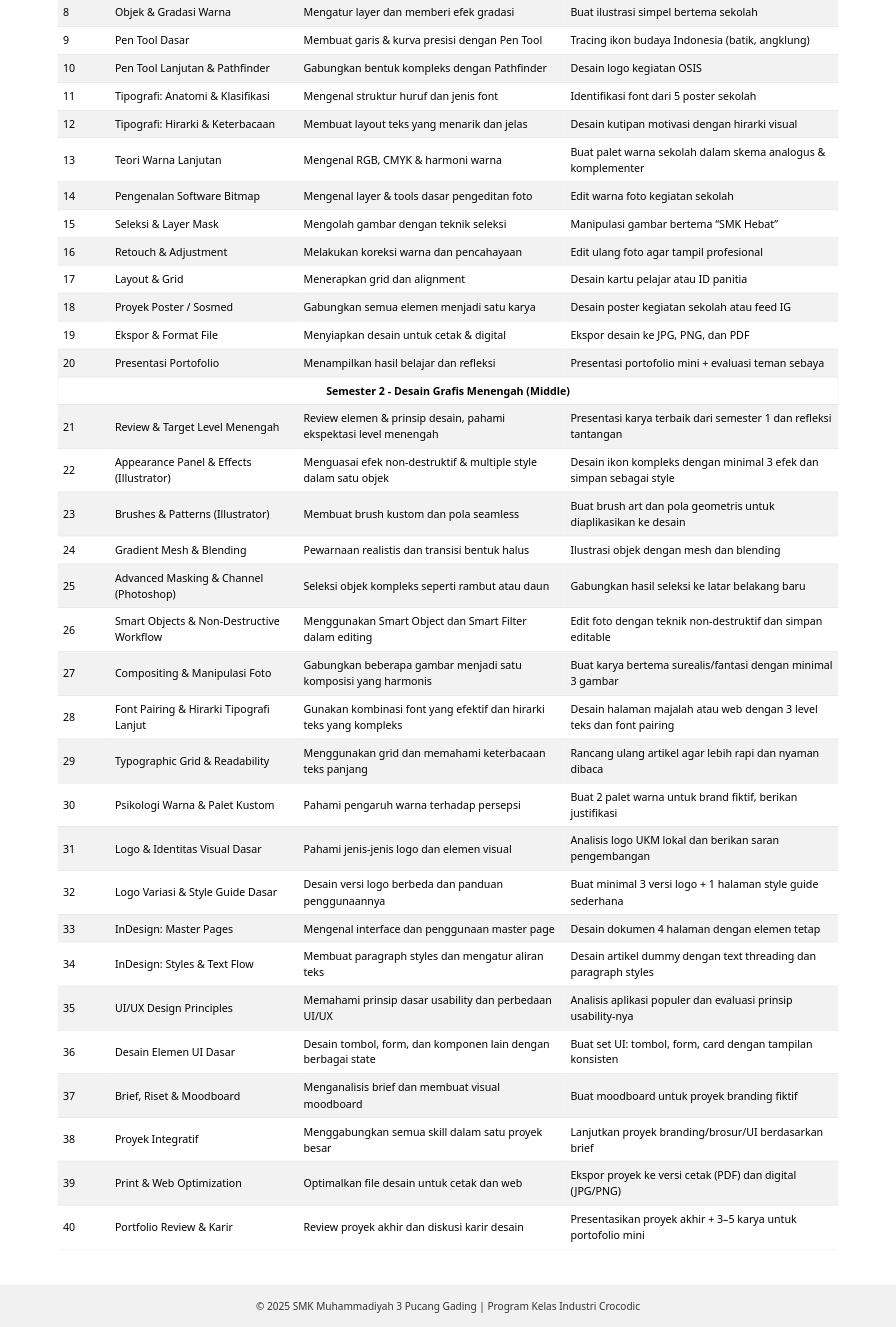
Repository: ppdbsmkmutipuga/kurikulumdesain
Page: index.html
These files come from the project's save history. The page is drawn as it stood at one moment and after a run of saves; the edit follows.
The browser window is 1280 px wide. The pictures show the part of the page from y = 963 to 2883 px (the page is 2859 px tall before and 2883 px after), at 70% of full size.

Above is the page before, as saved 2025-07-01 04:38:16.

### index.html
<!DOCTYPE html>
<html lang="id">

<head>
    <meta charset="UTF-8" />
    <meta name="viewport" content="width=device-width, initial-scale=1.0" />
    <title>Kurikulum Desain Grafis - SMK Mutipuga</title>
    <link href="https://cdn.jsdelivr.net/npm/bootstrap@5.3.3/dist/css/bootstrap.min.css" rel="stylesheet" />
    <link href="https://cdnjs.cloudflare.com/ajax/libs/aos/2.3.4/aos.css" rel="stylesheet" />
    <link href="https://cdn.jsdelivr.net/npm/bootstrap-icons@1.10.5/font/bootstrap-icons.css" rel="stylesheet">
    <link rel="stylesheet" href="style.css">
    <script src="https://cdnjs.cloudflare.com/ajax/libs/html2pdf.js/0.10.1/html2pdf.bundle.min.js"></script>

</head>

<body>
    <button class="btn btn-outline-dark mode-toggle" onclick="toggleMode()">
        <i class="bi bi-moon-stars-fill"></i>
    </button>

    <!-- Hero Section -->
    <section class="hero" data-aos="fade-down">
        <div class="container">
            <h1>Kurikulum Desain Grafis Dasar</h1>
            <p class="lead">Program Kelas Industri Crocodic (Versi SMK Mutipuga) - Semester Ganjil</p>
        </div>
    </section>

    <!-- Table Section -->
    <section class="container my-5" data-aos="fade-up">
        <h2 class="section-title">Struktur Kurikulum Mingguan</h2>
        <div class="filter-buttons">
            <button class="btn btn-outline-primary" onclick="filterSemester(1)">Semester 1</button>
            <button class="btn btn-outline-success" onclick="filterSemester(2)">Semester 2</button>
            <button class="btn btn-outline-secondary" onclick="filterSemester(0)">Tampilkan Semua</button>
        </div>
        <div class="table-container">
            <div class="table-responsive">
                <table class="table table-striped table-hover align-middle mb-0" id="kurikulumTable">
                    <thead class="table-dark">
                        <tr>
                            <th scope="col">Minggu</th>
                            <th scope="col">Materi</th>
                            <th scope="col">Tujuan Pembelajaran</th>
                            <th scope="col">Proyek / Tugas</th>
                        </tr>
                    </thead>
                    <tbody>
                        <div class="text-end my-3">
                            <button class="btn btn-danger" onclick="downloadPDF()">
                                <i class="bi bi-file-earmark-arrow-down-fill"></i> Unduh PDF
                            </button>
                        </div>
                        <!-- Data rows akan di-load lewat JS -->
                    </tbody>
                </table>
            </div>
        </div>
    </section>

    <!-- Footer -->
    <footer>
        &copy; 2025 SMK Muhammadiyah 3 Pucang Gading | Program Kelas Industri Crocodic
    </footer>

    <!-- Scripts -->
    <script src="https://cdn.jsdelivr.net/npm/bootstrap@5.3.3/dist/js/bootstrap.bundle.min.js"></script>
    <script src="https://cdnjs.cloudflare.com/ajax/libs/aos/2.3.4/aos.js"></script>
    <script src="script.js"></script>
</body>

</html>

### style.css
/* =========================
   HERO SECTION
========================= */
.hero {
  padding: 60px 0;
  background: linear-gradient(135deg, #e3f2fd, #bbdefb);
  text-align: center;
}

.hero h1 {
  font-weight: 700;
  font-size: 2.5rem;
  color: #0d47a1;
}

.hero p {
  font-size: 1.25rem;
  color: #333;
}

body.bg-dark .hero {
  background: linear-gradient(135deg, #1e1e1e, #2c2c2c);
}

body.bg-dark .hero h1 {
  color: #90caf9;
}

body.bg-dark .hero p {
  color: #cccccc;
}

/* =========================
   FILTER BUTTONS
========================= */
.filter-buttons {
  text-align: center;
  margin: 20px 0;
}

.filter-buttons .btn {
  margin: 5px;
}

body.bg-dark .btn-outline-primary {
  color: #90caf9;
  border-color: #90caf9;
}

body.bg-dark .btn-outline-success {
  color: #81c784;
  border-color: #81c784;
}

body.bg-dark .btn-outline-secondary {
  color: #b0bec5;
  border-color: #b0bec5;
}

/* =========================
   TABLE SECTION
========================= */
.table-container {
  overflow-x: auto;
}

.table th,
.table td {
  vertical-align: middle !important;
  font-size: 0.95rem;
}

/* Baris header semester (custom row) */
.table .table-header-row {
  background-color: #cce5ff;
  font-weight: 600;
  text-align: center;
}

body.bg-dark .table .table-header-row {
  background-color: #2c3e50;
  color: #ffffff !important;
}

/* DARK MODE TABLE FIX */
body.bg-dark .table,
body.bg-dark .table td,
body.bg-dark .table th {
  color: #f1f1f1 !important;
  background-color: transparent !important;
  opacity: 1 !important;
}

body.bg-dark .table-striped tbody tr:nth-of-type(odd) {
  background-color: #2c2c2c !important;
}

body.bg-dark .table-striped tbody tr:nth-of-type(even) {
  background-color: #1a1a1a !important;
}

body.bg-dark .table-hover tbody tr:hover {
  background-color: #3a3a3a !important;
}

body.bg-dark .table thead th {
  background-color: #111 !important;
  color: #fff !important;
  border-color: #444 !important;
}

body.bg-dark .table-primary {
  background-color: #455a64 !important;
  color: #fff !important;
}

/* =========================
   FOOTER
========================= */
footer {
  padding: 20px;
  text-align: center;
  background-color: #f1f1f1;
  margin-top: 50px;
  font-size: 0.9rem;
  color: #333;
}

body.bg-dark footer {
  background-color: #1e1e1e;
  color: #e0e0e0;
}

/* =========================
   MODE TOGGLE BUTTON
========================= */
.mode-toggle {
  position: fixed;
  top: 15px;
  right: 15px;
  z-index: 1000;
  border-radius: 50%;
  width: 48px;
  height: 48px;
  display: flex;
  align-items: center;
  justify-content: center;
  background-color: #f0f0f0;
  color: #333;
  border: 1px solid #ccc;
}

/* Header tabel semester */
.table-header-row {
  background-color: #cce5ff;
  /* mode terang */
  color: #0d47a1;
}

/* Ubah header semester agar lebih gelap dan teks lebih jelas di dark mode */
body.bg-dark .table-header-row {
  background-color: #37474f;
  /* warna gelap yang elegan */
  color: #ffffff;
}

body.bg-dark .mode-toggle {
  background-color: #333;
  color: #fff;
  border: 1px solid #666;
}

/* Footer default */
footer {
  padding: 20px;
  text-align: center;
  background-color: #f1f1f1;
  margin-top: 50px;
  font-size: 0.9rem;
  color: #333;
}

/* Footer saat dark mode */
body.bg-dark footer {
  background-color: #1e1e1e;
  color: #ccc;
}


/* =========================
   RESPONSIVE
========================= */
@media (max-width: 768px) {
  .hero h1 {
    font-size: 1.8rem;
  }

  .hero p {
    font-size: 1rem;
  }

  .table th,
  .table td {
    font-size: 0.85rem;
  }
}

@media (max-width: 576px) {
  .mode-toggle {
    width: 40px;
    height: 40px;
  }

  .hero {
    padding: 40px 0;
  }
}

@media print {
  body {
    background: #fff !important;
    color: #000 !important;
  }

  .mode-toggle,
  .filter-buttons,
  footer {
    display: none !important;
  }

  .table th,
  .table td {
    font-size: 0.75rem;
  }
}

@media print {

  html,
  body {
    width: 210mm;
    height: 297mm;
    margin: 0;
    padding: 0;
    overflow: hidden;
    zoom: 0.75;
    /* Sesuaikan skala agar muat ke PDF */
  }

  .table-container {
    overflow: visible !important;
  }

  .table-responsive {
    overflow: visible !important;
  }

  table {
    table-layout: fixed;
    width: 100% !important;
    word-wrap: break-word;
  }

  .table td,
  .table th {
    font-size: 10pt !important;
    padding: 6px 8px;
    white-space: normal !important;
  }

  .filter-buttons,
  .mode-toggle,
  footer {
    display: none !important;
  }
}

### script.js
// Inisialisasi animasi AOS
AOS.init();

// Data lengkap Week 1–40
const tableData = [
    { week: 'Semester 1 - Dasar Desain Grafis', isHeader: true, semester: 1 },
    { week: 1, materi: 'Pengenalan Desain Grafis & Dunia Kerja Kreatif', tujuan: 'Memahami peran desain dalam industri & kehidupan', tugas: 'Tulis artikel: “Apa itu desain grafis dan kenapa penting?”', semester: 1 },
    { week: 2, materi: 'Elemen Visual: Garis, Bentuk, Tekstur', tujuan: 'Mengenal dan membuat elemen visual dasar', tugas: 'Desain stiker sederhana bertema sekolah', semester: 1 },
    { week: 3, materi: 'Ruang, Ukuran, Warna', tujuan: 'Memahami ruang, ukuran dan teori warna dasar', tugas: 'Analisis poster PPDB Mutipuga dari segi ruang & proporsi', semester: 1 },
    { week: 4, materi: 'Keseimbangan & Kontras', tujuan: 'Mengatur keseimbangan simetris/asimetris & kontras', tugas: 'Desain brosur satu halaman bertema ekstrakurikuler', semester: 1 },
    { week: 5, materi: 'Penekanan, Irama, Pola', tujuan: 'Mengatur perhatian visual melalui elemen penekanan', tugas: 'Desain cover majalah siswa yang menarik perhatian', semester: 1 },
    { week: 6, materi: 'Kesatuan & Proporsi', tujuan: 'Menciptakan harmoni dan keselarasan visual', tugas: 'Desain spanduk hari besar nasional', semester: 1 },
    { week: 7, materi: 'Pengenalan Software Vektor', tujuan: 'Mengenal tools dasar pada software desain vektor', tugas: 'Replika logo sekolah menggunakan shape dan warna', semester: 1 },
    { week: 8, materi: 'Objek & Gradasi Warna', tujuan: 'Mengatur layer dan memberi efek gradasi', tugas: 'Buat ilustrasi simpel bertema sekolah', semester: 1 },
    { week: 9, materi: 'Pen Tool Dasar', tujuan: 'Membuat garis & kurva presisi dengan Pen Tool', tugas: 'Tracing ikon budaya Indonesia (batik, angklung)', semester: 1 },
    { week: 10, materi: 'Pen Tool Lanjutan & Pathfinder', tujuan: 'Gabungkan bentuk kompleks dengan Pathfinder', tugas: 'Desain logo kegiatan OSIS', semester: 1 },
    { week: 11, materi: 'Tipografi: Anatomi & Klasifikasi', tujuan: 'Mengenal struktur huruf dan jenis font', tugas: 'Identifikasi font dari 5 poster sekolah', semester: 1 },
    { week: 12, materi: 'Tipografi: Hirarki & Keterbacaan', tujuan: 'Membuat layout teks yang menarik dan jelas', tugas: 'Desain kutipan motivasi dengan hirarki visual', semester: 1 },
    { week: 13, materi: 'Teori Warna Lanjutan', tujuan: 'Mengenal RGB, CMYK & harmoni warna', tugas: 'Buat palet warna sekolah dalam skema analogus & komplementer', semester: 1 },
    { week: 14, materi: 'Pengenalan Software Bitmap', tujuan: 'Mengenal layer & tools dasar pengeditan foto', tugas: 'Edit warna foto kegiatan sekolah', semester: 1 },
    { week: 15, materi: 'Seleksi & Layer Mask', tujuan: 'Mengolah gambar dengan teknik seleksi', tugas: 'Manipulasi gambar bertema “SMK Hebat”', semester: 1 },
    { week: 16, materi: 'Retouch & Adjustment', tujuan: 'Melakukan koreksi warna dan pencahayaan', tugas: 'Edit ulang foto agar tampil profesional', semester: 1 },
    { week: 17, materi: 'Layout & Grid', tujuan: 'Menerapkan grid dan alignment', tugas: 'Desain kartu pelajar atau ID panitia', semester: 1 },
    { week: 18, materi: 'Proyek Poster / Sosmed', tujuan: 'Gabungkan semua elemen menjadi satu karya', tugas: 'Desain poster kegiatan sekolah atau feed IG', semester: 1 },
    { week: 19, materi: 'Ekspor & Format File', tujuan: 'Menyiapkan desain untuk cetak & digital', tugas: 'Ekspor desain ke JPG, PNG, dan PDF', semester: 1 },
    { week: 20, materi: 'Presentasi Portofolio', tujuan: 'Menampilkan hasil belajar dan refleksi', tugas: 'Presentasi portofolio mini + evaluasi teman sebaya', semester: 1 },
    { week: 'Semester 2 - Desain Grafis Menengah (Middle)', isHeader: true, semester: 2 },
    { week: 21, materi: 'Review & Target Level Menengah', tujuan: 'Review elemen & prinsip desain, pahami ekspektasi level menengah', tugas: 'Presentasi karya terbaik dari semester 1 dan refleksi tantangan', semester: 2 },
    { week: 22, materi: 'Appearance Panel & Effects (Illustrator)', tujuan: 'Menguasai efek non-destruktif & multiple style dalam satu objek', tugas: 'Desain ikon kompleks dengan minimal 3 efek dan simpan sebagai style', semester: 2 },
    { week: 23, materi: 'Brushes & Patterns (Illustrator)', tujuan: 'Membuat brush kustom dan pola seamless', tugas: 'Buat brush art dan pola geometris untuk diaplikasikan ke desain', semester: 2 },
    { week: 24, materi: 'Gradient Mesh & Blending', tujuan: 'Pewarnaan realistis dan transisi bentuk halus', tugas: 'Ilustrasi objek dengan mesh dan blending', semester: 2 },
    { week: 25, materi: 'Advanced Masking & Channel (Photoshop)', tujuan: 'Seleksi objek kompleks seperti rambut atau daun', tugas: 'Gabungkan hasil seleksi ke latar belakang baru', semester: 2 },
    { week: 26, materi: 'Smart Objects & Non-Destructive Workflow', tujuan: 'Menggunakan Smart Object dan Smart Filter dalam editing', tugas: 'Edit foto dengan teknik non-destruktif dan simpan editable', semester: 2 },
    { week: 27, materi: 'Compositing & Manipulasi Foto', tujuan: 'Gabungkan beberapa gambar menjadi satu komposisi yang harmonis', tugas: 'Buat karya bertema surealis/fantasi dengan minimal 3 gambar', semester: 2 },
    { week: 28, materi: 'Font Pairing & Hirarki Tipografi Lanjut', tujuan: 'Gunakan kombinasi font yang efektif dan hirarki teks yang kompleks', tugas: 'Desain halaman majalah atau web dengan 3 level teks dan font pairing', semester: 2 },
    { week: 29, materi: 'Typographic Grid & Readability', tujuan: 'Menggunakan grid dan memahami keterbacaan teks panjang', tugas: 'Rancang ulang artikel agar lebih rapi dan nyaman dibaca', semester: 2 },
    { week: 30, materi: 'Psikologi Warna & Palet Kustom', tujuan: 'Pahami pengaruh warna terhadap persepsi', tugas: 'Buat 2 palet warna untuk brand fiktif, berikan justifikasi', semester: 2 },
    { week: 31, materi: 'Logo & Identitas Visual Dasar', tujuan: 'Pahami jenis-jenis logo dan elemen visual', tugas: 'Analisis logo UKM lokal dan berikan saran pengembangan', semester: 2 },
    { week: 32, materi: 'Logo Variasi & Style Guide Dasar', tujuan: 'Desain versi logo berbeda dan panduan penggunaannya', tugas: 'Buat minimal 3 versi logo + 1 halaman style guide sederhana', semester: 2 },
    { week: 33, materi: 'InDesign: Master Pages', tujuan: 'Mengenal interface dan penggunaan master page', tugas: 'Desain dokumen 4 halaman dengan elemen tetap', semester: 2 },
    { week: 34, materi: 'InDesign: Styles & Text Flow', tujuan: 'Membuat paragraph styles dan mengatur aliran teks', tugas: 'Desain artikel dummy dengan text threading dan paragraph styles', semester: 2 },
    { week: 35, materi: 'UI/UX Design Principles', tujuan: 'Memahami prinsip dasar usability dan perbedaan UI/UX', tugas: 'Analisis aplikasi populer dan evaluasi prinsip usability-nya', semester: 2 },
    { week: 36, materi: 'Desain Elemen UI Dasar', tujuan: 'Desain tombol, form, dan komponen lain dengan berbagai state', tugas: 'Buat set UI: tombol, form, card dengan tampilan konsisten', semester: 2 },
    { week: 37, materi: 'Brief, Riset & Moodboard', tujuan: 'Menganalisis brief dan membuat visual moodboard', tugas: 'Buat moodboard untuk proyek branding fiktif', semester: 2 },
    { week: 38, materi: 'Proyek Integratif', tujuan: 'Menggabungkan semua skill dalam satu proyek besar', tugas: 'Lanjutkan proyek branding/brosur/UI berdasarkan brief', semester: 2 },
    { week: 39, materi: 'Print & Web Optimization', tujuan: 'Optimalkan file desain untuk cetak dan web', tugas: 'Ekspor proyek ke versi cetak (PDF) dan digital (JPG/PNG)', semester: 2 },
    { week: 40, materi: 'Portfolio Review & Karir', tujuan: 'Review proyek akhir dan diskusi karir desain', tugas: 'Presentasikan proyek akhir + 3–5 karya untuk portofolio mini', semester: 2 },
];

const tbody = document.querySelector('#kurikulumTable tbody');

function renderTable(filter) {
    tbody.innerHTML = '';
    let hasPrintedSemester1Header = false;
    let hasPrintedSemester2Header = false;
    tableData.forEach(row => {
        if (filter === 0 || row.semester === filter || row.isHeader) {
            if (row.isHeader) {
                if ((filter === 1 && row.semester === 1 && !hasPrintedSemester1Header) ||
                    (filter === 2 && row.semester === 2 && !hasPrintedSemester2Header) ||
                    filter === 0) {
                    const tr = document.createElement('tr');
                    tr.className = 'table-header-row text-center fw-bold';
                    const td = document.createElement('td');
                    td.setAttribute('colspan', 4);
                    td.textContent = row.week;
                    tr.appendChild(td);
                    tbody.appendChild(tr);
                    if (row.semester === 1) hasPrintedSemester1Header = true;
                    if (row.semester === 2) hasPrintedSemester2Header = true;
                }
            } else {
                if (filter === 0 || row.semester === filter) {
                    const tr = document.createElement('tr');
                    tr.innerHTML = `
            <td>${row.week}</td>
            <td>${row.materi}</td>
            <td>${row.tujuan}</td>
            <td>${row.tugas}</td>
          `;
                    tbody.appendChild(tr);
                }
            }
        }
    });
}

function filterSemester(semester) {
    renderTable(semester);
}

function toggleMode() {
    document.body.classList.toggle('bg-dark');
    document.body.classList.toggle('text-white');
}

renderTable(0);


function downloadPDF() {
    const element = document.getElementById("pdf-content");
    const opt = {
        margin: 0.2,
        filename: "kurikulum-desain-grafis.pdf",
        image: { type: "jpeg", quality: 0.98 },
        html2canvas: {
            scale: 3,        // Lebih tajam
            useCORS: true,   // Jika ada gambar
            allowTaint: true
        },
        jsPDF: {
            unit: "mm",
            format: "a4",
            orientation: "portrait"
        },
        pagebreak: { mode: ['avoid-all', 'css', 'legacy'] }
    };
    html2pdf().set(opt).from(element).save();
}

After the next 2 saves:
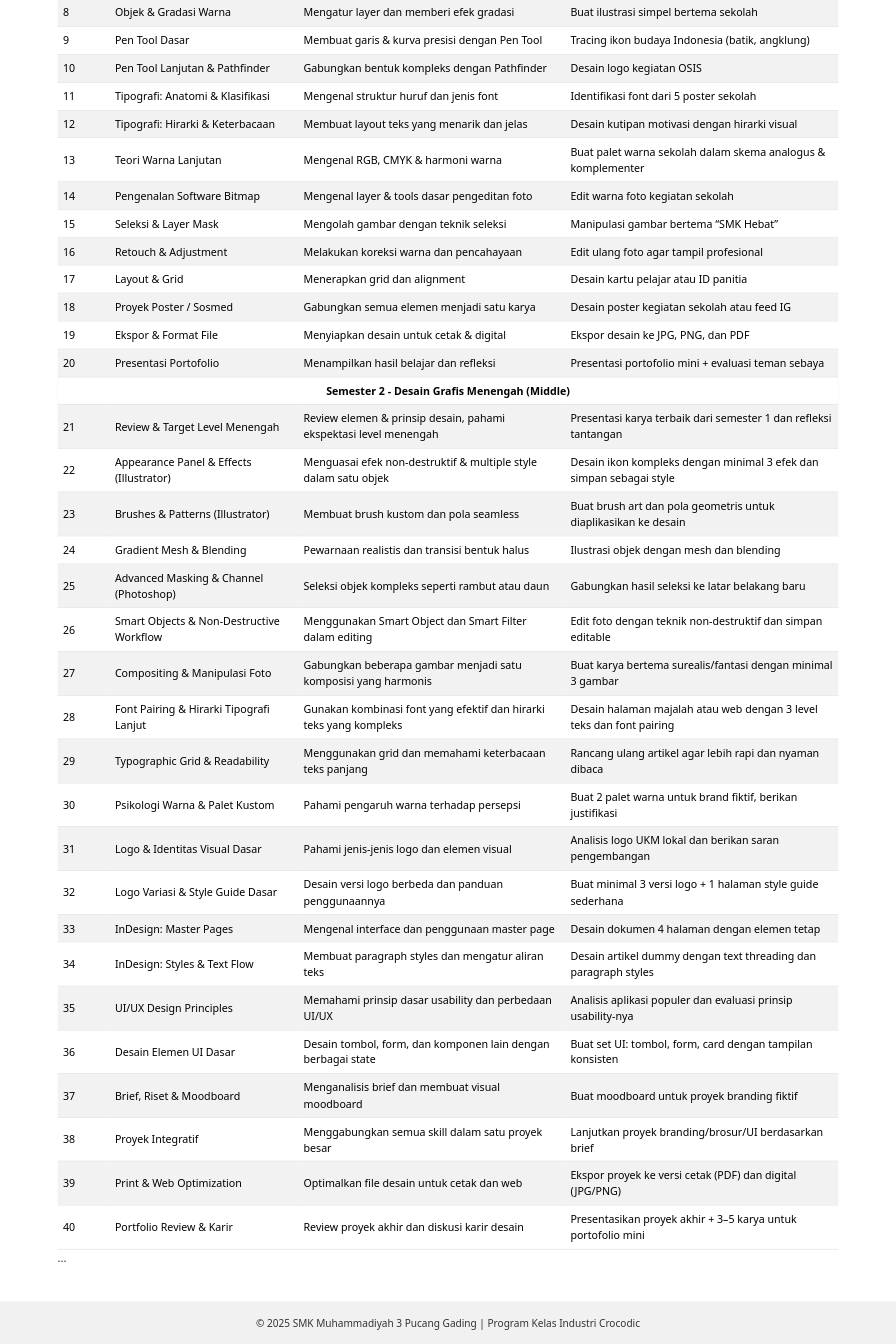
The 2 saves are shown as one change because they came seconds apart.
The last was saved 18 s later.
--- a/index.html
+++ b/index.html
@@ -50,6 +50,16 @@
                             <button class="btn btn-danger" onclick="downloadPDF()">
                                 <i class="bi bi-file-earmark-arrow-down-fill"></i> Unduh PDF
                             </button>
+                            <div id="pdf-content">
+  <div class="table-container">
+    <div class="table-responsive">
+      <table class="table table-striped table-hover align-middle mb-0" id="kurikulumTable">
+        ...
+      </table>
+    </div>
+  </div>
+</div>
+
                         </div>
                         <!-- Data rows akan di-load lewat JS -->
                     </tbody>

After the save that followed:
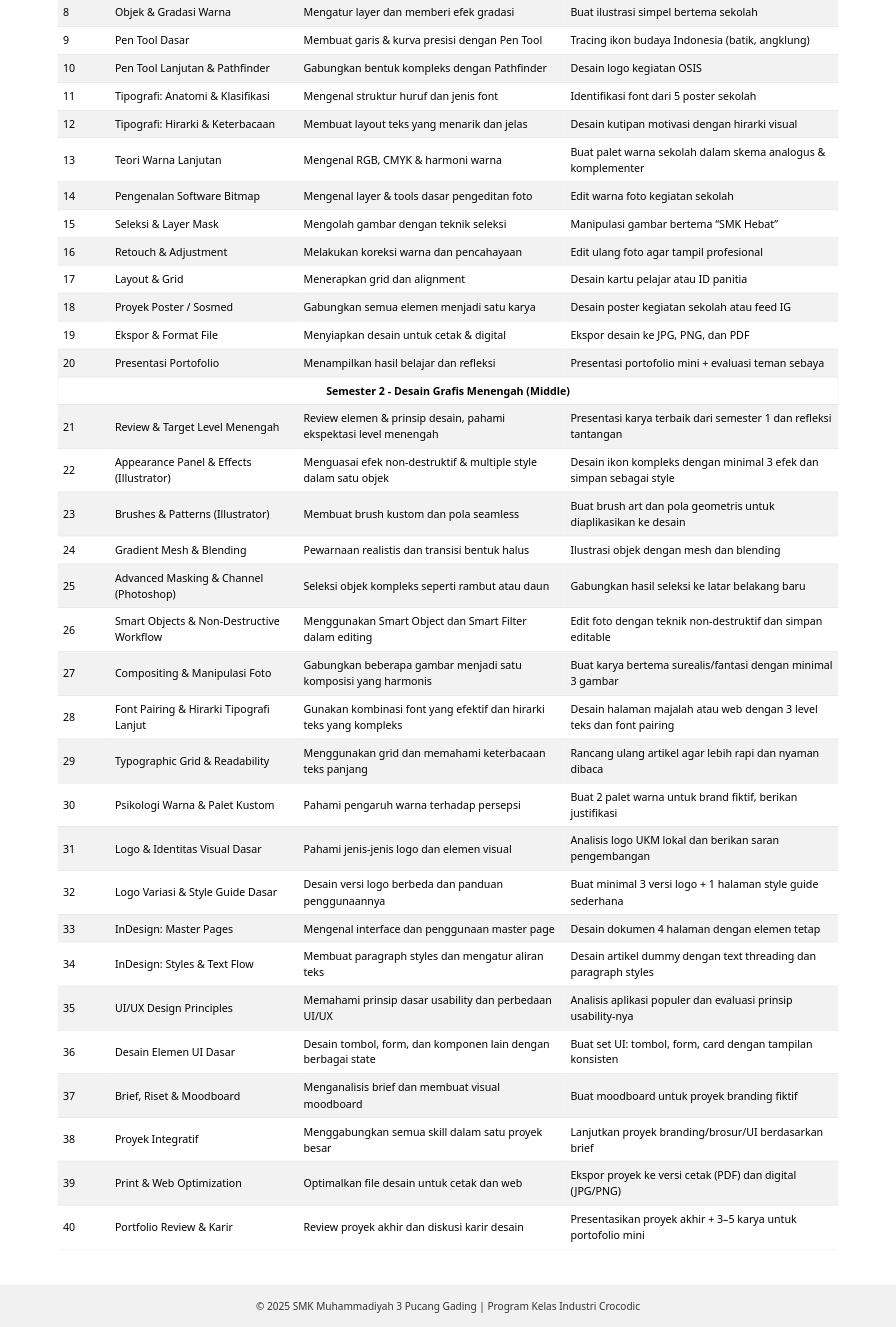
Saved 5 s later.
--- a/index.html
+++ b/index.html
@@ -50,15 +50,6 @@
                             <button class="btn btn-danger" onclick="downloadPDF()">
                                 <i class="bi bi-file-earmark-arrow-down-fill"></i> Unduh PDF
                             </button>
-                            <div id="pdf-content">
-  <div class="table-container">
-    <div class="table-responsive">
-      <table class="table table-striped table-hover align-middle mb-0" id="kurikulumTable">
-        ...
-      </table>
-    </div>
-  </div>
-</div>
 
                         </div>
                         <!-- Data rows akan di-load lewat JS -->
